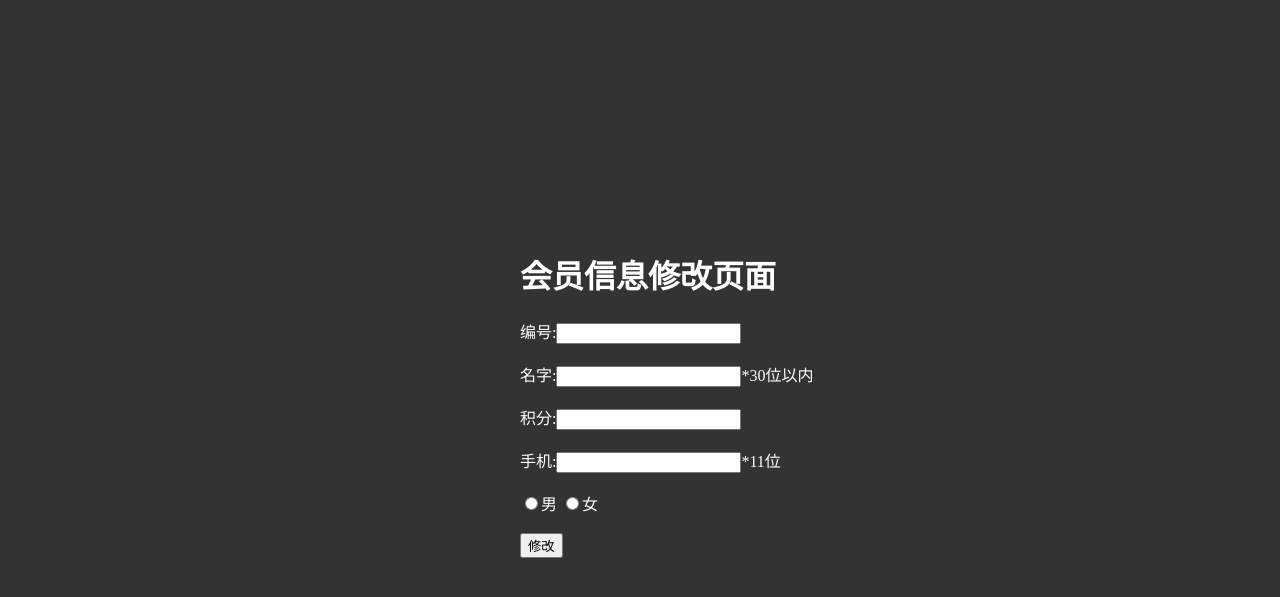
Repository: JasonYan2015/FE-learning-examples
Page: http://localhost/test20160727/update.jsp
An editor plug-in stored every save of this project. The page is shown before and after the next save, followed by the edit.
The browser window is 1280 px wide. The pictures show the whole page.
The page is served by Tomcat 9. Other server files are loaded and not shown.

Above is the page before, as saved 2016-07-28 01:17:44.

### eclipse/test20160727/WebContent/update.jsp
<%@ page language="java" contentType="text/html; charset=UTF-8"
    pageEncoding="UTF-8"%>
<!DOCTYPE html PUBLIC "-//W3C//DTD HTML 4.01 Transitional//EN" "http://www.w3.org/TR/html4/loose.dtd">
<html>
<head>
<meta http-equiv="Content-Type" content="text/html; charset=UTF-8">
<title>Insert title here</title>
<style>
		body
		{
			position: absolute;
			left: 50%;
			top: 50%;
			margin-left: -120px;
			margin-top: -130px;
 			background-color:#333;
 			font-family: "微软雅黑";
 			color: white;
		}
	</style>
</head>
<body>
	<h1>会员信息修改页面</h1>
	<form action="updateAct" method="post">
		编号:<input type="text" name="id"><br><br>
		名字:<input type="text" name="name"><label>*30位以内</label><br><br>
		积分:<input type="text" name="score"><br><br>
		手机:<input type="text" name="phone"><label>*11位</label><br><br>
		<input type="radio" name="sex" value="1">男
		<input type="radio" name="sex" value="2">女<br><br>
		<input type="submit" value="修改">
	</form>
</body>
</html>

After the next save:
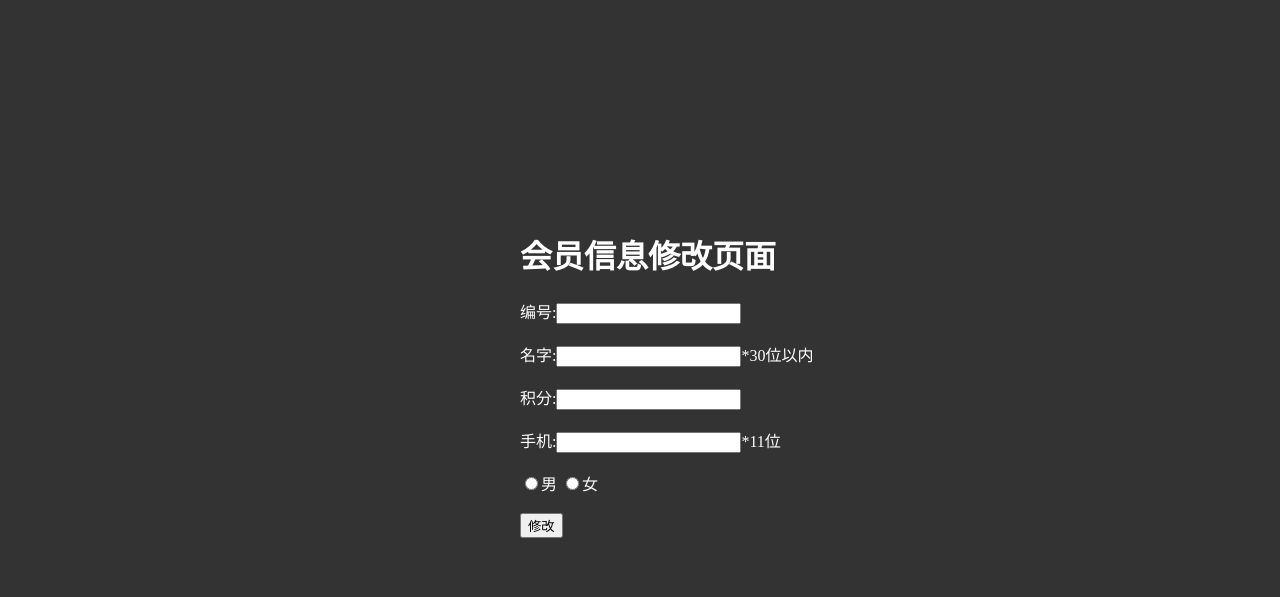
Saved 26 s later.
--- a/eclipse/test20160727/WebContent/update.jsp
+++ b/eclipse/test20160727/WebContent/update.jsp
@@ -12,7 +12,7 @@
 			left: 50%;
 			top: 50%;
 			margin-left: -120px;
-			margin-top: -130px;
+			margin-top: -150px;
  			background-color:#333;
  			font-family: "微软雅黑";
  			color: white;
